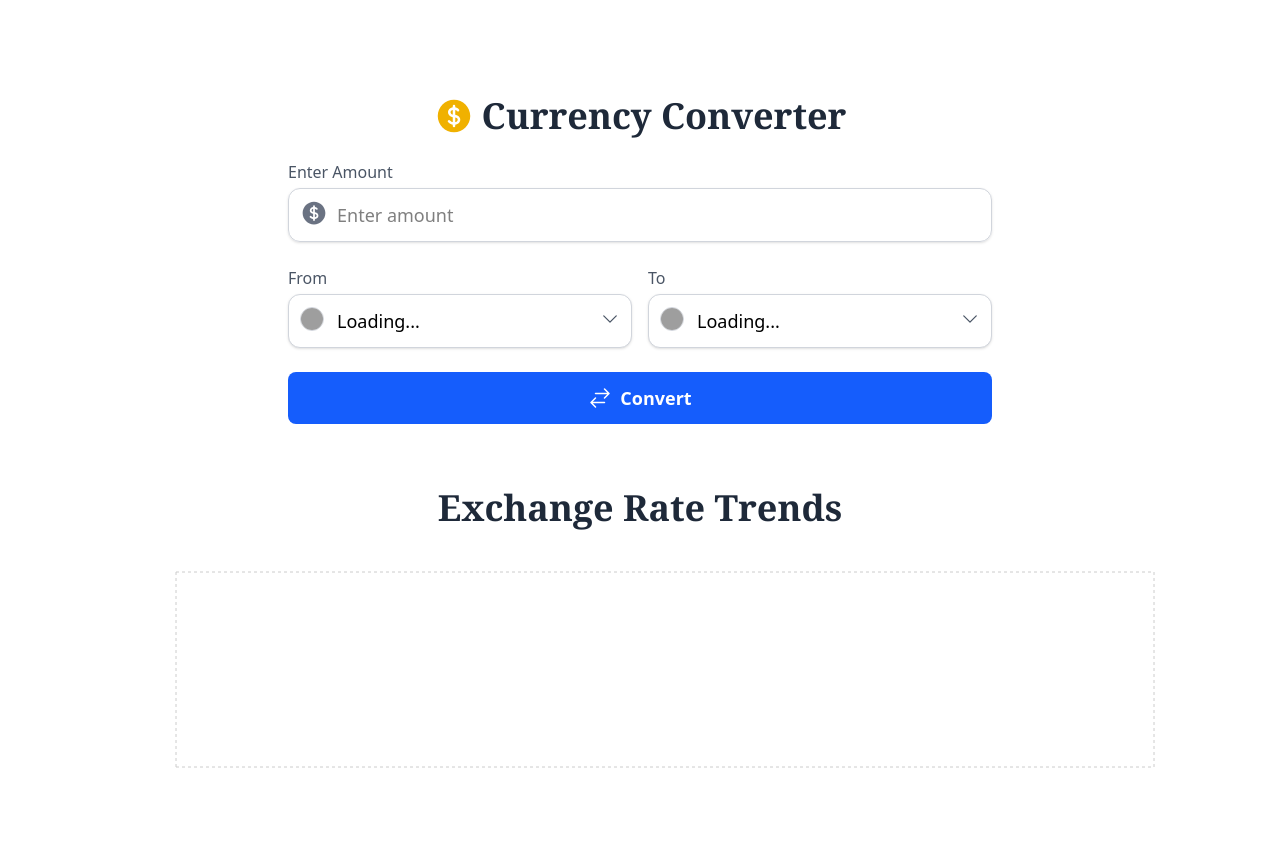
Repository: adrcstro/withcenter_developer_exam
Page: /
The author's editor kept a copy of each file at every save. The page is drawn from the files as they stood at one save, then again after the next save.
The browser window is 1280 px wide. The pictures show the whole page.
Pictures or frames that could not be fetched are drawn as grey boxes. The page's requests for data from a server got no answer. The project was rebuilt for these pictures with package versions that can differ from the ones it lists, and the page was loaded fresh each time. No one was signed in, and anything a server would have sent is missing. Also part of the build but not shown: vite.config.ts.

Above is the page before, as saved 2025-03-20 08:49:23.

After the next save:
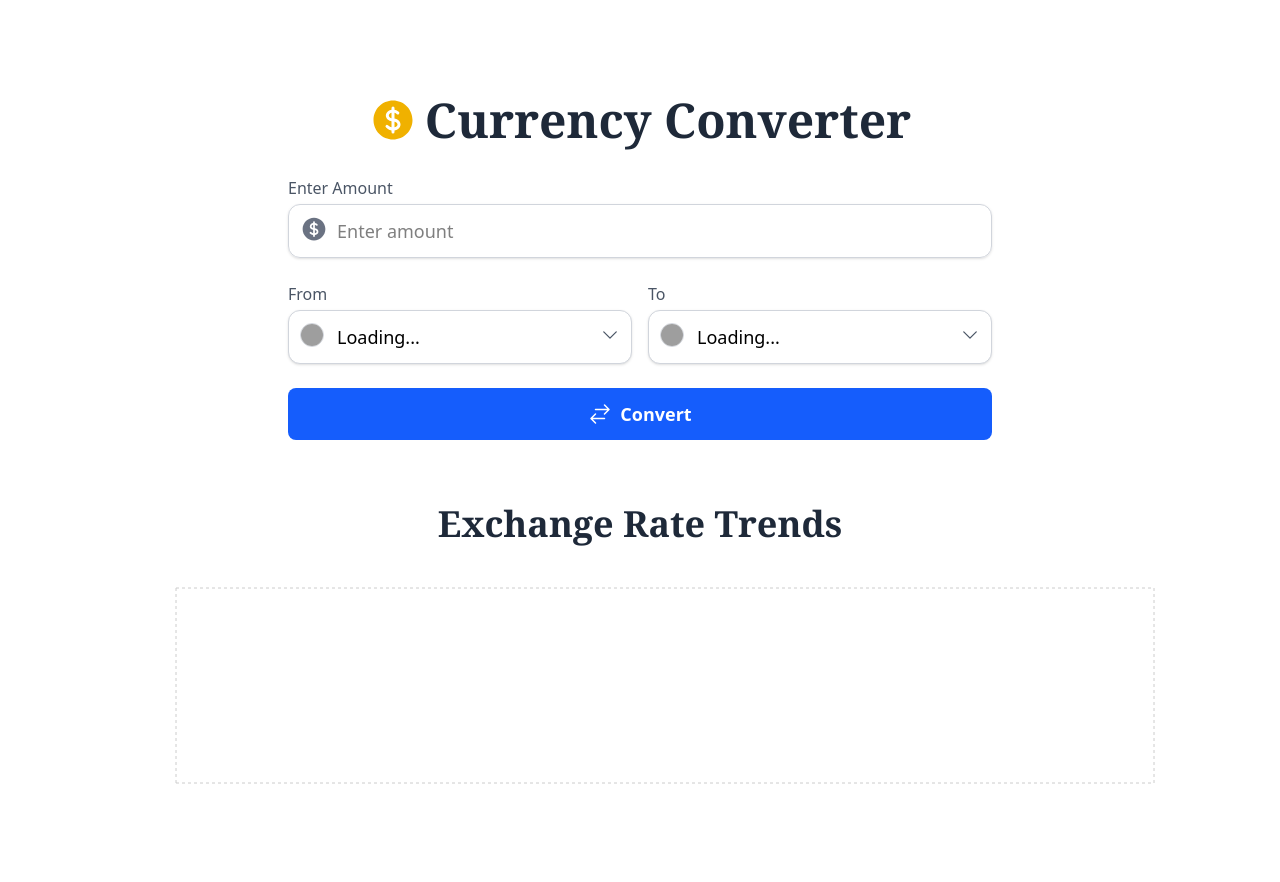
Saved 3 min 25 s later.
--- a/src/App.tsx
+++ b/src/App.tsx
@@ -61,10 +61,11 @@ function CurrencyConverter() {
     <div className="flex flex-col bg-white justify-center p-8 items-center lg:p-16 md:p-12 min-h-screen">
     <div className="flex flex-col justify-center w-full items-center max-w-[2000px] md:px-8 px-4">
       <div className="bg-white p-6 rounded-xl w-full max-w-3xl md:p-8">
-        <h2 className="flex justify-center text-3xl text-center text-gray-800 font-semibold font-serif gap-2 items-center mb-4 md:mb-6 md:text-4xl">
-          <CurrencyDollarIcon className="h-8 text-yellow-500 w-8 md:h-10 md:w-10" />
-          Currency Converter
-        </h2>
+      <h2 className="flex justify-center items-center text-center text-gray-800 font-semibold font-serif gap-2 mb-4 sm:mb-5 md:mb-6 lg:mb-8 text-2xl sm:text-3xl md:text-4xl lg:text-5xl">
+  <CurrencyDollarIcon className="h-6 w-6 sm:h-8 sm:w-8 md:h-10 md:w-10 lg:h-12 lg:w-12 text-yellow-500" />
+  Currency Converter
+</h2>
+
 
         <div className="w-full mb-4 md:mb-6">
           <label className="text-base text-gray-600 block font-medium">Enter Amount</label>
